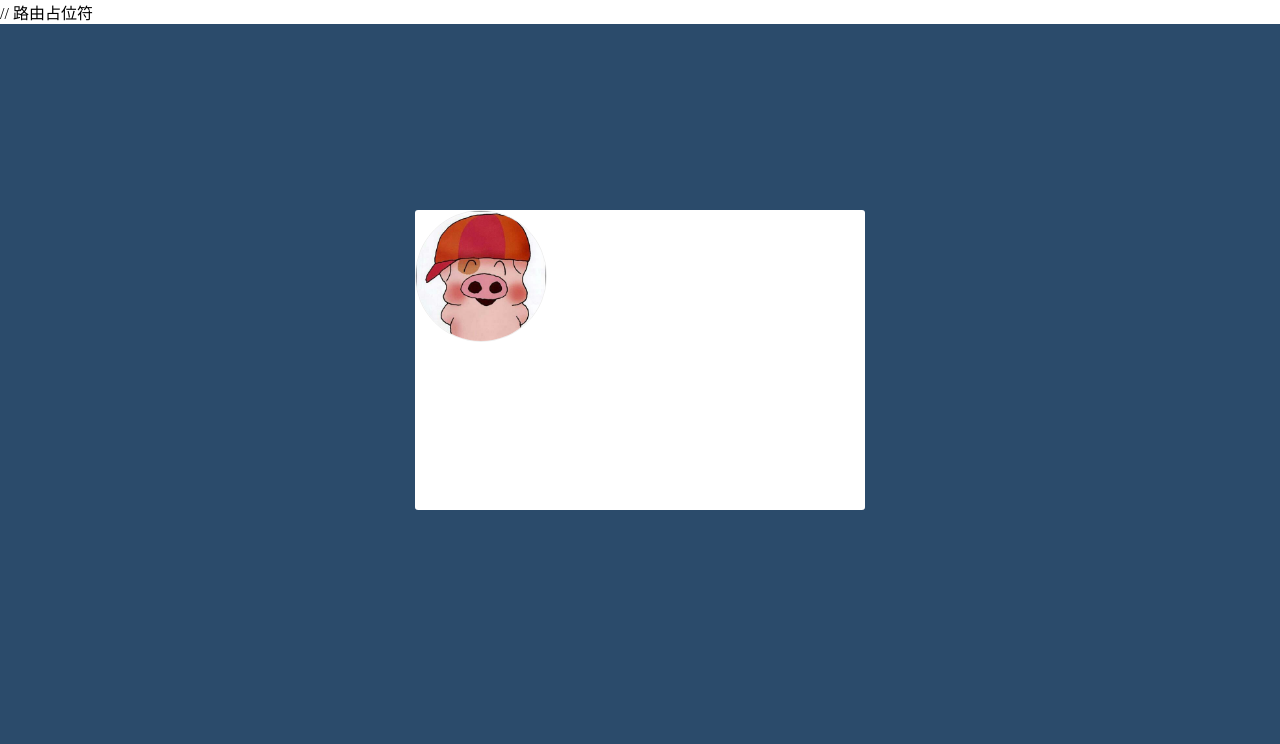
Repository: Japcy/onetwothree
Page: /
These files come from the project's save history. The page is drawn as it stood at one moment and after the next save; the edit follows.
The browser window is 1280 px wide. The pictures show the whole page.
The project was rebuilt for these pictures with package versions that can differ from the ones it lists, and the page was loaded fresh each time.

Above is the page before, as saved 2020-02-28 23:39:36.

### src/main.js
import Vue from 'vue'
import App from './App.vue'
import router from './router'
import './plugins/element.js'
// 导入全局样式表
import './assets/css/global.css'

Vue.config.productionTip = false

new Vue({
  router,
  render: h => h(App)
}).$mount('#app')

### src/App.vue
<template>
  <div id="app">
    // 路由占位符
    <router-view></router-view>
  </div>
</template>

<script>

export default {
  name: 'app',
  components: {
  }
}
</script>

<style>

</style>

### src/router/index.js
import Vue from 'vue'
import VueRouter from 'vue-router'
import Login from '../components/Login.vue'

Vue.use(VueRouter)

const routes = [
  {
    path: '/',
    redirect: '/login'
  },
  {
    path: '/login',
    component: Login
  }
]

const router = new VueRouter({
  routes
})

export default router

### src/components/Login.vue
<template>
  <div class="login">
    <div class="login-box">
      <div class="avatar">
        <img src="../assets/img/logo.jpg" alt />
      </div>
    </div>
  </div>
</template>

<script type="text/ecmascript-6">
export default {
  name: 'login',
  data () {
    return {}
  },
  components: {},
  methods: {}
}
</script>

<style lang="less" scoped>
.login {
  background-color: #2b4b6b;
  height: 100%;
}
.login-box {
  width: 450px;
  height: 300px;
  background-color: #fff;
  border-radius: 3px;
  position: absolute;
  left: 50%;
  top: 50%;
  transform: translate(-50%, -50%);

  .avatar {
    width: 130px;
    height: 130px;
    // padding: 10px;
    border: 1px solid #eee;
    border-radius: 50%;
    overflow: hidden;
    img {
      width: 100%;
      height: auto;
    }
  }
}
</style>

Loaded but not shown: public/index.html (common file); src/plugins/element.js (common file); src/assets/css/global.css (common file)

After the next save:
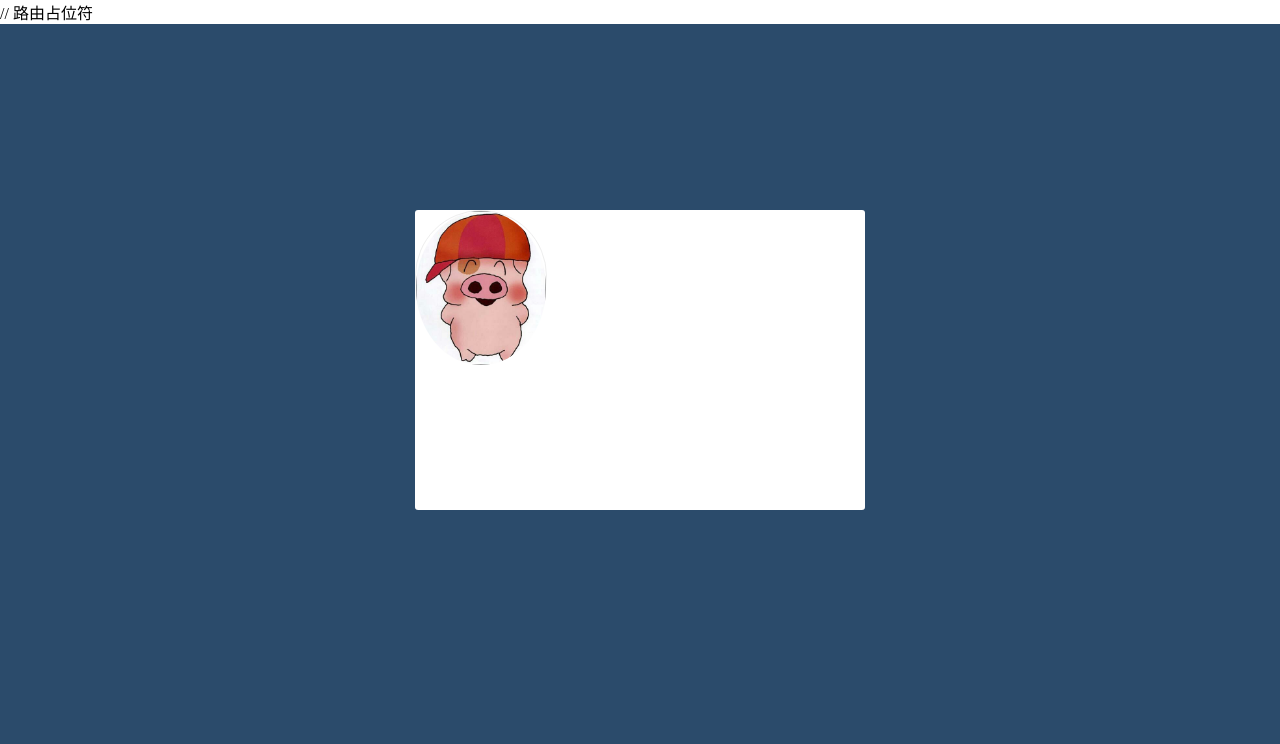
Saved 62 s later.
--- a/src/components/Login.vue
+++ b/src/components/Login.vue
@@ -40,10 +40,10 @@ export default {
     // padding: 10px;
     border: 1px solid #eee;
     border-radius: 50%;
-    overflow: hidden;
     img {
       width: 100%;
       height: auto;
+      border-radius: 50%;
     }
   }
 }
